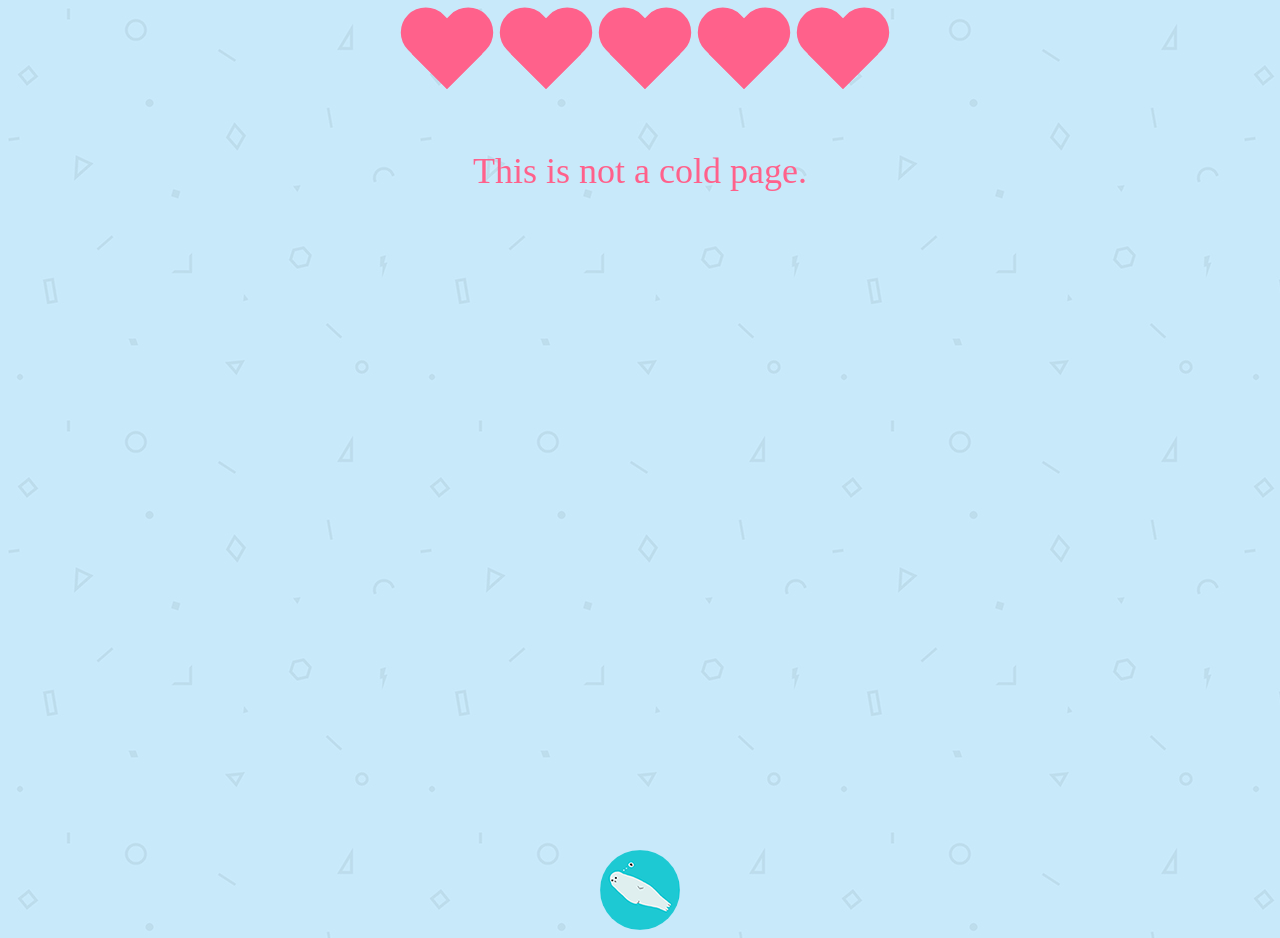
Repository: yiy225/yiy225.github.io
Page: page 3.html
The author's editor kept a record of every edit. The page is drawn from the files as they stood at one moment, then again after the next edit.
The browser window is 1280 px wide. The pictures show the whole page.

Above is the page before.

### page 3.html
<!DOCTYPE html>
<html>
    <head>
        <title>3rd page</title>
        <link href="styles 3.css" rel="stylesheet">
    </head>
    <body>

   <div class= div1 style= display:inline>&nbsp;&nbsp;&nbsp;&nbsp;&nbsp;&nbsp;&nbsp;&nbsp;&nbsp;&nbsp;</div>
   <div class= div1 style= display:inline>&nbsp;&nbsp;&nbsp;&nbsp;&nbsp;&nbsp;&nbsp;&nbsp;&nbsp;&nbsp;</div>
   <div class= div1 style= display:inline>&nbsp;&nbsp;&nbsp;&nbsp;&nbsp;&nbsp;&nbsp;&nbsp;&nbsp;&nbsp;</div>
   <div class= div1 style= display:inline>&nbsp;&nbsp;&nbsp;&nbsp;&nbsp;&nbsp;&nbsp;&nbsp;&nbsp;&nbsp;</div>
   <div class= div1 style= display:inline>&nbsp;&nbsp;&nbsp;&nbsp;&nbsp;&nbsp;&nbsp;&nbsp;&nbsp;&nbsp;</div>

   <div class= div2>
       This is not a cold page.
   </div>



        <a href="page 4" class="seal"></a>
    </body>
</html>

### styles 3.css
body {
    background-image: url(geometry.jpg);
    background-repeat: repeat;
    color: #FF618B;
    font-size: 36px;
    font-family: 'Bookman Old Style', serif;
    text-align: center;
}

.div1 {
    position: relative;
    width: 100px;
    height: 90px;
}

.div1:before,
.div1:after {
    position: absolute;
    content: "";
    left: 50px;
    top: 0;
    width: 50px;
    height: 80px;
    background: #FF618B;
    -moz-border-radius: 50px 50px 0 0;
    border-radius: 50px 50px 0 0;
    -webkit-transform: rotate(-45deg);
    -moz-transform: rotate(-45deg);
    -ms-transform: rotate(-45deg);
    -o-transform: rotate(-45deg);
    transform: rotate(-45deg);
    -webkit-transform-origin: 0 100%;
    -moz-transform-origin: 0 100%;
    -ms-transform-origin: 0 100%;
    -o-transform-origin: 0 100%;
    transform-origin: 0 100%;
}
.div1:after {
    left: 0;
    -webkit-transform: rotate(45deg);
    -moz-transform: rotate(45deg);
    -ms-transform: rotate(45deg);
    -o-transform: rotate(45deg);
    transform: rotate(45deg);
    -webkit-transform-origin: 100% 100%;
    -moz-transform-origin: 100% 100%;
    -ms-transform-origin: 100% 100%;
    -o-transform-origin: 100% 100%;
    transform-origin :100% 100%;
}

.div2{
   width: 500px;
   height: 700px;
   padding-top: 100px;
   margin-left: auto;
   margin-right: auto;
}


.seal {
   width: 80px;
   height: 80px;
   background-image: url(seal.png);
   background-repeat: no-repeat;
   display: block;
   text-indent: 100%;
   white-space: nowrap;
   overflow: hidden;
   position: relative;
   text-align:center;
   margin-left:auto;
   margin-right:auto;
   border-radius: 100%;
}


.seal:hover {
background-position: -80px 0;
}


.seal:active {
background-position: -160px 0;
}

After the next edit:
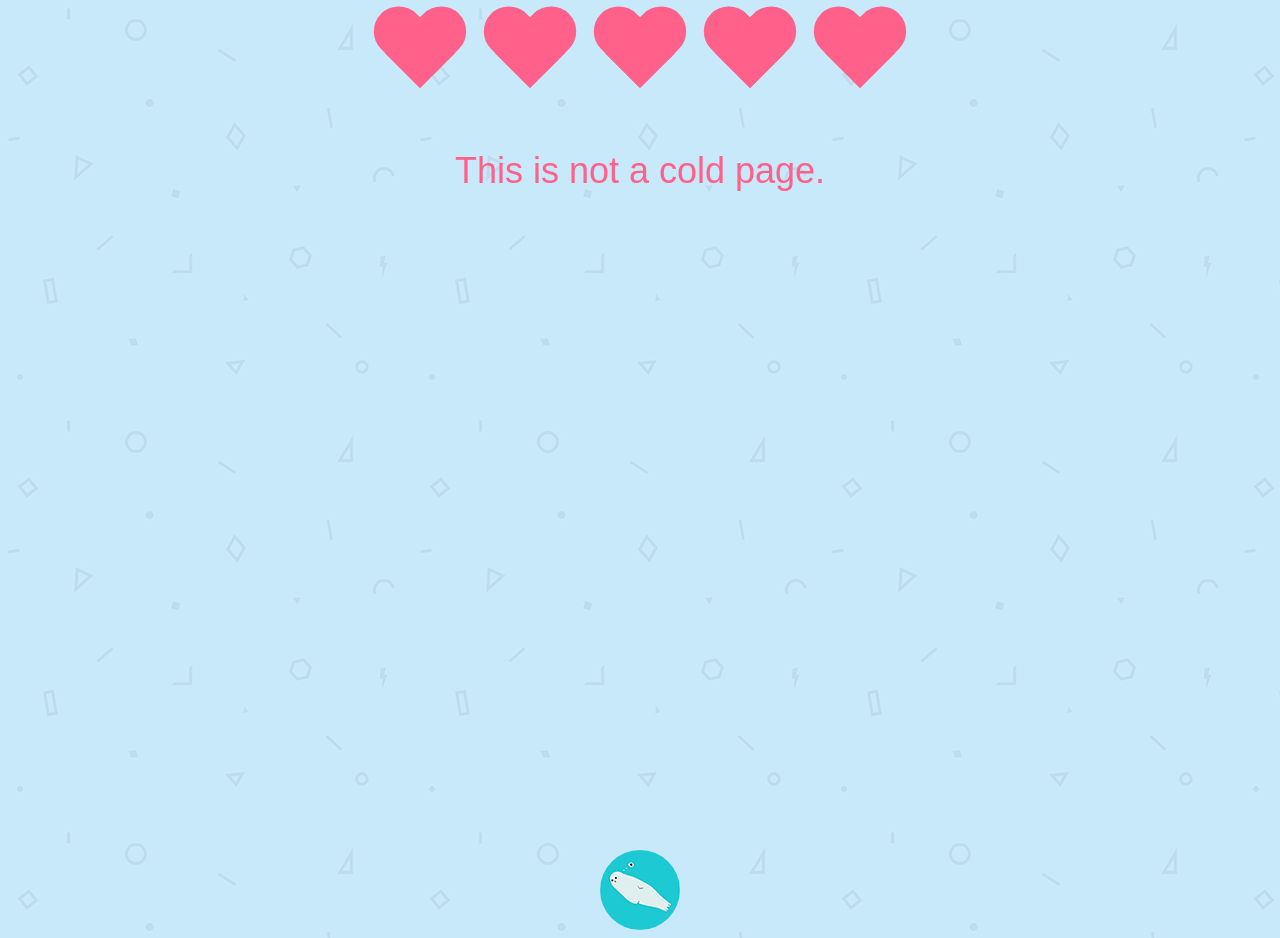
The edit:
--- a/styles 3.css
+++ b/styles 3.css
@@ -3,7 +3,7 @@
     background-repeat: repeat;
     color: #FF618B;
     font-size: 36px;
-    font-family: 'Bookman Old Style', serif;
+    font-family: ‘Arial Black’, Gadget, sans-serif;
     text-align: center;
 }
 
